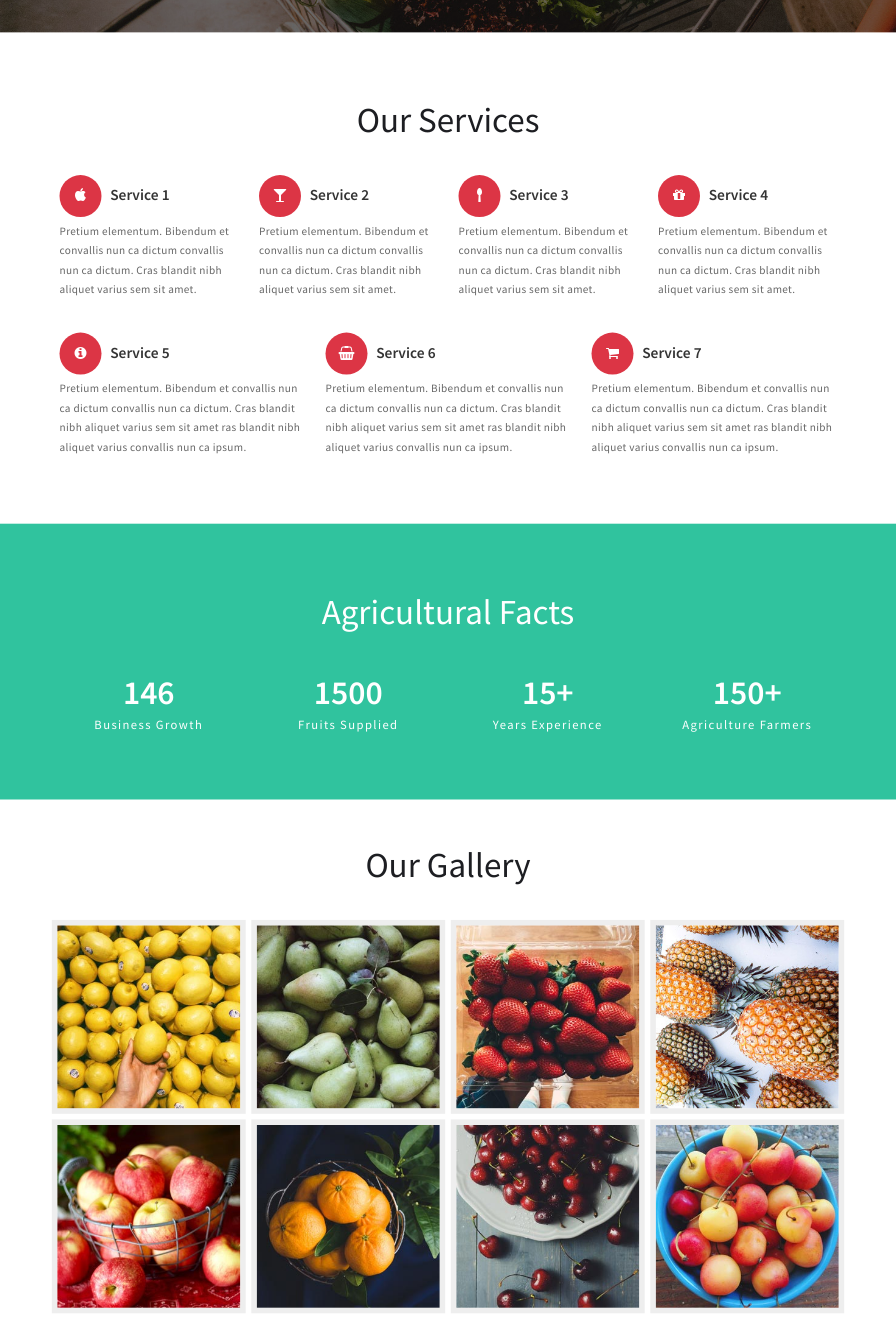
Repository: httpamit/SP-Food
Page: index.html
An editor plug-in stored every save of this project. The page is shown before and after the next save, followed by the edit.
The browser window is 1280 px wide. The pictures show the part of the page from y = 1773 to 3693 px (the page is 4946 px tall before and 5047 px after), at 70% of full size.
Backgrounds fixed to the window are drawn as part of the page.

Above is the page before, as saved 2019-02-07 22:53:40.

### index.html
<!DOCTYPE html>
<html lang="en">
<head>
<title>Fruit Farm Agriculture Category Flat Bootstrap Responsive Website Template | Home : W3layouts</title>

	<!-- Meta tag Keywords -->
	<meta name="viewport" content="width=device-width, initial-scale=1">
	<meta charset="utf-8">
	<meta name="keywords" content="Agriculture Responsive web template, Bootstrap Web Templates, Flat Web Templates, Android Compatible web template,
	Smartphone Compatible web template, free webdesigns for Nokia, Samsung, LG, SonyEricsson, Motorola web design" />
	<script type="application/x-javascript">
		addEventListener("load", function () {
			setTimeout(hideURLbar, 0);
		}, false);

		function hideURLbar() {
			window.scrollTo(0, 1);
		}
	</script>
	<!--// Meta tag Keywords -->

	<!-- css files -->
	<link rel="stylesheet" href="css/bootstrap.css"> <!-- Bootstrap-Core-CSS -->
	<link rel="stylesheet" href="css/style.css" type="text/css" media="all" /> <!-- Style-CSS -->
	<link rel="stylesheet" href="css/font-awesome.min.css"> <!-- Font-Awesome-Icons-CSS -->
	<!-- //css files -->

	<!--web font-->
	<link href="//fonts.googleapis.com/css?family=Source+Sans+Pro:200,200i,300,300i,400,400i,600,600i,700,700i,900,900i&amp;subset=cyrillic,cyrillic-ext,greek,greek-ext,latin-ext,vietnamese" rel="stylesheet">
	<!--//web font-->

</head>

<body>

<!-- header -->
<header>
	<div class="container" id="home">
		<nav class="">
			<div id="logo">
				<h1> <a href="index.html" class="editContent" data-selector=".editContent"><span class="fa fa-apple"></span> Fruit Farm</a></h1>
			</div>
			<div class="mx-auto">
				<label for="drop" class="toggle mt-lg-0 mt-3">Menu</label>
				<input type="checkbox" id="drop" />
				<ul class="menu mt-lg-4">
					<li class=" mr-lg-2 mr-1 active"><a href="#">Home</a></li>
					<li class=" mr-lg-2 mr-1"><a href="#about">About</a></li>
					<li class=" mr-lg-2 mr-1"><a href="#services">Services</a></li>
					<li class="dropdown-menu-padding">
					<!-- First Tier Drop Down -->
					<label for="drop-2" class="toggle">Dropdown <span class="fa fa-angle-down" aria-hidden="true"></span> </label>
					<a href="#">Dropdown <span class="fa fa-angle-down" aria-hidden="true"></span></a>
					<input type="checkbox" id="drop-2"/>
					<ul>
						<li><a href="#facts">Agriculture Facts</a></li>
						<li><a href="#gallery">Our Gallery</a></li>
						<li><a href="#team">Our Farmers</a></li>
					</ul>
					</li>
					<li><a href="#contact">Contact</a></li>
					<li class="buttons ml-lg-3">
						<p><span class="fa mr-1 fa-phone"></span> +12 445 8976 2334</p>
					</li>
				</ul>
			</div>
		</nav>
	</div>
</header>
<!-- //header -->

<div class="csslider infinity" id="slider1">
  <input type="radio" name="slides" checked="checked" id="slides_1"/>
  <input type="radio" name="slides" id="slides_2"/>
  <input type="radio" name="slides" id="slides_3"/>
  <input type="radio" name="slides" id="slides_4"/>
  <ul>
    <li>
		<div id="bg">
			<div class="container">
				<div class="banner-text">
				  <h6> Fresh Agriculture Products</h6>
				  <h3> We Serve Fresh and Juicy Fruits From Our Farm</h3>
				</div>
			</div>
		</div>
    </li>
    <li>
        <div id="bg1">
			<div class="container">
				<div class="banner-text">
				  <h6> Fresh Agriculture Products</h6>
				  <h3> We Serve Fresh and Juicy Fruits From Our Farm</h3>
				</div>
			</div>
        </div>
    </li>
    <li>
		<div id="bg2">
			<div class="container">
				<div class="banner-text">
				  <h6> Fresh Agriculture Products</h6>
				  <h3> We Serve Fresh and Juicy Fruits From Our Farm</h3>
				</div>
			</div>
        </div>
    </li>
    <li>
		<div id="bg3">
			<div class="container">
				<div class="banner-text">
				  <h6> Fresh Agriculture Products</h6>
				  <h3> We Serve Fresh and Juicy Fruits From Our Farm</h3>
				</div>
			</div>
		</div>
    </li>

  </ul>
  <div class="arrows">
    <label for="slides_1"></label>
    <label for="slides_2"></label>
    <label for="slides_3"></label>
    <label for="slides_4"></label>
  </div>
  <div class="navigation">
    <div>
      <label for="slides_1"></label>
      <label for="slides_2"></label>
      <label for="slides_3"></label>
      <label for="slides_4"></label>
    </div>
  </div>
</div>

<!-- //banner -->

<!-- about -->
<section class="about py-5" id="about">
	<div class="container py-md-3">
		<h3 class="heading text-center mb-md-5 mb-4">Few Words About our farm</h3>
		<div class="row about-grids agile-info">
			<div class="col-lg-6 mb-lg-0 w3-agile-grid mb-5">
				<h4 class="mb-4">Welcome to our Organic Fruit - we serve all types of seasonal fruits</h3>
				<p class="mb-4">Cras blandit nibh ut pretium elementum. Duis bibendum convallis nun cael dictum. Quisquen ac ipsum porta, ultrices metus sit amet, curs in nisl. Dui aliquet varius sem sit amet convallis nun ca dictum. Cras blandit nibh ut pretium elementum. Duis bibendum convallis nun ca dictum aliquet.</p>
				<p class="text-capitalize"> <span class="fa fa-check"></span> Duis bibendum convallis blandit dictum.</p>
				<p class=" text-capitalize"> <span class="fa fa-check"></span> Cras blandit nibh blandit pretium dolor ipsum.</p>
				<p class="text-capitalize mb-3"> <span class="fa fa-check"></span> Bibendum convallis nun ca dictum elementum ipsum elit.</p>
				<a href="#popup1">Read More </a>
			</div>
			<div class="col-lg-6 col-md-8 w3-agile-grid pr-md-0">
				<img src="images/about.jpg" class="img-fluid" />
			</div>
		</div>
	</div>
</section>
<!-- //about -->

<!-- how we work -->
<section class="work">
	<div class="work-layer py-5">
	<div class="container py-md-3">
		<h3 class="heading text-center mb-lg-5 text-white mb-4">How We Work</h3>
		<div class="row text-center join agile-info">
			<div class="col-lg-4 col-md-6 steps-reach w3-agile-grid">
				<span class="fa fa-cogs"></span>
				<h4>Step 1</h4>
				<p>Pretium elementum. Duis bibendum convallis nun ca dictum convallis nun ca dictum. Cras blandit nibh ut aliquet varius sem sit amet convallis.</p>
			</div>
			<div class="col-lg-4 col-md-6 mt-md-0 mt-5 steps-reach w3-agile-grid">
				<span class="fa fa-cubes"></span>
				<h4>Step 2</h4>
				<p>Pretium elementum. Duis bibendum convallis nun ca dictum convallis nun ca dictum. Cras blandit nibh ut aliquet varius sem sit amet convallis.</p>
			</div>
			<div class="col-lg-4 col-md-6 mt-lg-0 mt-5 steps-reach w3-agile-grid">
				<span class="fa fa-cart-arrow-down" aria-hidden="true"></span>
				<h4>Step 3</h4>
				<p>Pretium elementum. Duis bibendum convallis nun ca dictum convallis nun ca dictum. Cras blandit nibh ut aliquet varius sem sit amet convallis.</p>
			</div>
		</div>
	</div>
	</div>
</section>
<!-- //how we work -->

<!-- services -->
<section class="services py-5" id="services">
	<div class="container py-md-5">
		<h3 class="heading text-center mb-lg-5 mb-4">Our Services</h3>
		<div class="row">
			<div class="col-lg-3 col-sm-6 w3-agile-grid">
				<h4><span class="fa mr-2 fa-apple"></span> Service 1</h4>
				<p>Pretium elementum. Bibendum et convallis nun ca dictum convallis nun ca dictum. Cras blandit nibh aliquet varius sem sit amet.</p>
			</div>
			<div class="col-lg-3 col-sm-6 mt-sm-0 mt-5 w3-agile-grid">
				<h4><span class="fa mr-2 fa-glass"></span> Service 2</h4>
				<p>Pretium elementum. Bibendum et convallis nun ca dictum convallis nun ca dictum. Cras blandit nibh aliquet varius sem sit amet.</p>
			</div>
			<div class="col-lg-3 col-sm-6 mt-lg-0 mt-5 w3-agile-grid">
				<h4><span class="fa mr-2 fa-spoon" aria-hidden="true"></span> Service 3</h4>
				<p>Pretium elementum. Bibendum et convallis nun ca dictum convallis nun ca dictum. Cras blandit nibh aliquet varius sem sit amet.</p>
			</div>
			<div class="col-lg-3 col-sm-6 mt-lg-0 mt-5 w3-agile-grid">
				<h4><span class="fa mr-2 fa-gift" aria-hidden="true"></span> Service 4</h4>
				<p>Pretium elementum. Bibendum et convallis nun ca dictum convallis nun ca dictum. Cras blandit nibh aliquet varius sem sit amet.</p>
			</div>

			<div class="col-lg-4 col-sm-6  mt-5 w3-agile-grid">
				<h4><span class="fa mr-2 fa-info-circle"></span> Service 5</h4>
				<p>Pretium elementum. Bibendum et convallis nun ca dictum convallis nun ca dictum. Cras blandit nibh aliquet varius sem sit amet ras blandit nibh aliquet varius convallis nun ca ipsum.</p>
			</div>
			<div class="col-lg-4 col-sm-6 mt-5 w3-agile-grid">
				<h4><span class="fa mr-2 fa-shopping-basket" aria-hidden="true"></span> Service 6</h4>
				<p>Pretium elementum. Bibendum et convallis nun ca dictum convallis nun ca dictum. Cras blandit nibh aliquet varius sem sit amet ras blandit nibh aliquet varius convallis nun ca ipsum.</p>
			</div>
			<div class="col-lg-4 col-sm-6 mt-5 w3-agile-grid">
				<h4><span class="fa mr-2 fa-shopping-cart" aria-hidden="true"></span> Service 7</h4>
				<p>Pretium elementum. Bibendum et convallis nun ca dictum convallis nun ca dictum. Cras blandit nibh aliquet varius sem sit amet ras blandit nibh aliquet varius convallis nun ca ipsum.</p>
			</div>
		</div>
	</div>
	</div>
</section>
<!-- //how we work -->

<!-- facts -->
<section class="service-bottom bg py-5" id="facts">
	<div class="container">
		<!-- Counter -->
		<div class="py-lg-5 py-3">
			<h3 class="heading text-center text-white mb-lg-5 mb-4">Agricultural Facts</h3>
			<div class="row ">
				<div class="col-md-3 text-center col-6 agileits_w3layouts_about_counter_left w3-agile-grid">
					<div class="counterinfo agile-info">
						<p class="counter">146</p>
						<h3>Business Growth</h3>
					</div>
				</div>
				<div class="col-md-3 text-center col-6 agileits_w3layouts_about_counter_left w3-agile-grid">
					<div class="counterinfo agile-info">
						<p class="counter">1500</p>
						<h3>Fruits Supplied</h3>
					</div>
				</div>
				<div class="col-md-3 text-center col-6 agileits_w3layouts_about_counter_left w3-agile-grid mt-md-0 mt-4">
					<div class="counterinfo agile-info">
						<p class="counter">15+</p>
						<h3>Years Experience</h3>
					</div>
				</div>
				<div class="col-md-3 text-center col-6 agileits_w3layouts_about_counter_left w3-agile-grid mt-md-0 mt-4">
					<div class="counterinfo agile-info">
						<p class="counter">150+</p>
						<h3>Agriculture Farmers</h3>
					</div>
				</div>
			</div>
		</div>
		<!-- //Counter -->
	</div>
</section>
<!-- //facts -->

<!-- gallery -->
<section class="gallery py-5" id="gallery">
	<div class="container py-3">
		<h3 class="heading text-center mb-lg-5 mb-4">Our Gallery</h3>
		<div class="row gallery_grid-more project-grids w3ls">
			<div class="col-lg-3 col-md-4 col-6 px-1 w3layoutsits_w3layouts_gallery_grid1">
				<div class="gallery-border">
					<a href="#popup2">
						<img src="images/g1.jpg" alt=" " class="img-fluid" />
					</a>
				</div>
			</div>
			<div class="col-lg-3 col-md-4 col-6 px-1 w3layoutsits_w3layouts_gallery_grid1">
				<div class="gallery-border">
					<a href="#popup3">
						<img src="images/g2.jpg" alt=" " class="img-fluid" />
					</a>
				</div>
			</div>
			<div class="col-lg-3 col-md-4 col-6 px-1 w3layoutsits_w3layouts_gallery_grid1 mt-md-0 mt-2">
				<div class="gallery-border">
					<a href="#popup4">
						<img src="images/g3.jpg" alt=" " class="img-fluid" />
					</a>
				</div>
			</div>
			<div class="col-lg-3 col-md-4 col-6 px-1 w3layoutsits_w3layouts_gallery_grid1 mt-lg-0 mt-2">
				<div class="gallery-border">
					<a href="#popup5">
						<img src="images/g4.jpg" alt=" " class="img-fluid" />
					</a>
				</div>
			</div>
			<div class="col-lg-3 col-md-4 col-6 px-1 w3layoutsits_w3layouts_gallery_grid1 mt-2 ">
				<div class="gallery-border">
					<a href="#popup6">
						<img src="images/g5.jpg" alt=" " class="img-fluid" />
					</a>
				</div>
			</div>
			<div class="col-lg-3 col-md-4 col-6 px-1 w3layoutsits_w3layouts_gallery_grid1 mt-2">
				<div class="gallery-border">
					<a href="#popup7">
						<img src="images/g6.jpg" alt=" " class="img-fluid" />
					</a>
				</div>
			</div>
			<div class="col-lg-3 col-md-4 col-6 px-1 w3layoutsits_w3layouts_gallery_grid1 mt-2">
				<div class="gallery-border">
					<a href="#popup8">
						<img src="images/g7.jpg" alt=" " class="img-fluid" />
					</a>
				</div>
			</div>
			<div class="col-lg-3 col-md-4 col-6 px-1 w3layoutsits_w3layouts_gallery_grid1 mt-2">
				<div class="gallery-border">
					<a href="#popup9">
						<img src="images/g8.jpg" alt=" " class="img-fluid" />
					</a>
				</div>
			</div>
		</div>
	</section>

<!-- popup for gallery -->
<div id="popup2" class="overlay">
	<div class="popup1">
		<img src="images/g1.jpg" alt="Popup Image" class="img-fluid" />
	<a class="close" href="#gallery">&times;</a>
	</div>
</div>

<div id="popup3" class="overlay">
	<div class="popup1">
		<img src="images/g2.jpg" alt="Popup Image" class="img-fluid" />
	<a class="close" href="#gallery">&times;</a>
	</div>
</div>

<div id="popup4" class="overlay">
	<div class="popup1">
		<img src="images/g3.jpg" alt="Popup Image" class="img-fluid" />
	<a class="close" href="#gallery">&times;</a>
	</div>
</div>

<div id="popup5" class="overlay">
	<div class="popup1">
		<img src="images/g4.jpg" alt="Popup Image" class="img-fluid" />
	<a class="close" href="#gallery">&times;</a>
	</div>
</div>

<div id="popup6" class="overlay">
	<div class="popup1">
		<img src="images/g5.jpg" alt="Popup Image" class="img-fluid" />
	<a class="close" href="#gallery">&times;</a>
	</div>
</div>

<div id="popup7" class="overlay">
	<div class="popup1">
		<img src="images/g6.jpg" alt="Popup Image" class="img-fluid" />
	<a class="close" href="#gallery">&times;</a>
	</div>
</div>
<div id="popup8" class="overlay">
	<div class="popup1">
		<img src="images/g7.jpg" alt="Popup Image" class="img-fluid" />
	<a class="close" href="#gallery">&times;</a>
	</div>
</div>
<div id="popup9" class="overlay">
	<div class="popup1">
		<img src="images/g8.jpg" alt="Popup Image" class="img-fluid" />
	<a class="close" href="#gallery">&times;</a>
	</div>
</div>
<!-- //popup for gallery -->

</div>
<!-- //gallery -->

<!-- team -->
<section class="team bg-light py-5" id="team">
	<div class="container py-md-3">
		<h3 class="heading text-center mb-lg-5 mb-4">Our Farmers</h3>
		<div class="row team-grids">
			<div class="col-lg-3 col-sm-6 mb-lg-0 mb-4 team-grid w3-agile-grid">
				<div class="team-members">
					<img src="images/t1.jpg" class="img-fluid" alt="image">
					<div class="team-desc py-3 text-center agile-info">
						<h4 class="">John Doe</h4>
						<span>Our Farmer</span>
						<ul class="social">
							<li><a href="#"><span class="fa fa-facebook icon_facebook"></span></a></li>
							<li><a href="#"><span class="fa fa-twitter icon_twitter"></span></a></li>
							<li><a href="#"><span class="fa fa-dribbble icon_dribbble"></span></a></li>
							<li><a href="#"><span class="fa fa-google-plus icon_g_plus"></span></a></li>
						</ul>
					</div>
				</div>
			</div>
			<div class="col-lg-3 col-sm-6 mb-lg-0 mb-4 team-grid w3-agile-grid">
				<div class="team-members">
					<img src="images/t2.jpg" class="img-fluid" alt="image">
					<div class="team-desc py-3 text-center agile-info">
						<h4 class="">Melisa Doe</h4>
						<span>Our Farmer</span>
						<ul class="social">
							<li><a href="#"><span class="fa fa-facebook icon_facebook"></span></a></li>
							<li><a href="#"><span class="fa fa-twitter icon_twitter"></span></a></li>
							<li><a href="#"><span class="fa fa-dribbble icon_dribbble"></span></a></li>
							<li><a href="#"><span class="fa fa-google-plus icon_g_plus"></span></a></li>
						</ul>
					</div>
				</div>
			</div>
			<div class="col-lg-3 col-sm-6 mb-sm-0 mb-4 team-grid w3-agile-grid">
				<div class="team-members">
					<img src="images/t3.jpg" class="img-fluid" alt="image">
					<div class="team-desc py-3 text-center agile-info">
						<h4 class="">Alex Atkinson</h4>
						<span>Our Farmer</span>
						<ul class="social">
							<li><a href="#"><span class="fa fa-facebook icon_facebook"></span></a></li>
							<li><a href="#"><span class="fa fa-twitter icon_twitter"></span></a></li>
							<li><a href="#"><span class="fa fa-dribbble icon_dribbble"></span></a></li>
							<li><a href="#"><span class="fa fa-google-plus icon_g_plus"></span></a></li>
						</ul>
					</div>
				</div>
			</div>
			<div class="col-lg-3 col-sm-6 team-grid w3-agile-grid">
				<div class="team-members">
					<img src="images/t4.jpg" class="img-fluid" alt="image">
					<div class="team-desc py-3 text-center agile-info">
						<h4 class="">Thompson</h4>
						<span>Our Farmer</span>
						<ul class="social">
							<li><a href="#"><span class="fa fa-facebook icon_facebook"></span></a></li>
							<li><a href="#"><span class="fa fa-twitter icon_twitter"></span></a></li>
							<li><a href="#"><span class="fa fa-dribbble icon_dribbble"></span></a></li>
							<li><a href="#"><span class="fa fa-google-plus icon_g_plus"></span></a></li>
						</ul>
					</div>
				</div>
			</div>
		</div>
	</div>
</section>
<!-- //team -->

<!-- footer -->
<footer class="py-5" id="contact">
	<div class="container pt-md-3">
		<div class="row ">
		<div class="col-lg-4 col-md-6">
            <h3 class="mb-4">Address Info</h3>
			<div class="footer-text">
				<p>Address : 1234 block, Charlotte, North Carolina, United States, USA.</p>
				<p class="mt-1">Phone : +12 534894364</p>
				<p class="mt-1">Phone : +12 534894364</p>
				<p class="my-1">Email : <a href="mailto:info@example.com">info@example.com</a></p>
				<p>Fax : +12 534894364</p>
			</div>
		</div>
		<div class="col-lg-3 col-md-6 mt-md-0 mt-5">
            <h3 class="mb-4">Opening Hours</h3>
			<div class="timings">
				<p class="mb-2">Mon To Fri<span> 9am to 8pm </span></p>
				<p class="">Sat and Sun<span> 10am to 6pm </span></p>
			</div>
            <h3 class="mt-4">Connect Us</h3>
			<p class="mt-3">Follow us on social media.</p>
			<ul class="social mt-2">
				<li><a href="#"><span class="fa fa-facebook icon_facebook"></span></a></li>
				<li><a href="#"><span class="fa fa-twitter icon_twitter"></span></a></li>
				<li><a href="#"><span class="fa fa-dribbble icon_dribbble"></span></a></li>
				<li><a href="#"><span class="fa fa-google-plus icon_g_plus"></span></a></li>
			</ul>
		</div>
		<div class="col-lg-5 mt-lg-0 mt-5">
			<h3 class="mb-4 ml-md-5"> Contact Us</h3>
			<form action="#" method="get" class="register-wthree">
				<div class="form-group">
					<div class="row">
						<div class="col-sm-2 d-sm-flex align-items-end justify-content-end px-sm-0">
							<label class="mb-0">
								<span class="fa fa-user"></span>
							</label>
						</div>
						<div class="col-sm-5 pr-sm-1">
							<input class="form-control" type="text" placeholder="First Name" name="email" required="">
						</div>
						<div class="col-sm-5 pl-sm-1 pl-auto mt-sm-0 mt-2">
							<input class="form-control" type="text" placeholder="Last Name" name="email" required="">
						</div>
					</div>
				</div>
				<div class="form-group">
					<div class="row">
						<div class="col-sm-2 d-sm-flex align-items-end justify-content-end px-sm-0">
							<label class="mb-0">
								<span class="fa fa-envelope-open"></span>
							</label>
						</div>
						<div class="col-sm-10">
							<input class="form-control" type="email" placeholder="example@mail.com" name="email" required="">
						</div>
					</div>
				</div>
				<div class="form-group">
					<div class="row">
						<div class="col-sm-2 d-sm-flex align-items-end justify-content-end px-sm-0">
							<label class="mb-0">
								<span class="fa fa-edit"></span>
							</label>
						</div>
						<div class="col-sm-10">
							<textarea placeholder="Your message here" class="form-control"></textarea>
						</div>
					</div>
				</div>
				<div class="row mt-3">
					<div class="offset-2"></div>
					<div class="col-sm-10">
						<button type="submit" class="btn btn-block w-100">Send</button>
					</div>
				</div>
			</form>
		</div>
	</div>
	<div class="copyright pt-sm-5 pt-4 text-center">
		<a href="#home" class="move-top scroll"><span class="fa fa-angle-up" aria-hidden="true"></span></a>
		<p>© 2018 Fruit Farm. All Rights Reserved | Design by</p>
	</div>
</footer>
<!-- footer -->

<!-- popup for btn -->
<div id="popup1" class="overlay">
	<div class="popup">
		<img src="images/about.jpg" alt="Popup Image" class="img-fluid" />
		<p class="mt-4 editContent">Nulla viverra pharetra se, eget pulvinar neque pharetra ac int. placerat placerat dolor. Vestibulum at dui nunc. Nulla viverra pharetra sem, eget pulvinar neque pharetra ac int. lorem ipsum Vestibulum. placerat placerat dolor. Vestibulum at dui nunc. Nullam eu elit neque lectus.</p>
	<a class="close" href="#about">&times;</a>
	</div>
</div>
<!-- //popup for btn -->

</body>
</html>

Loaded but not shown: css/bootstrap.css (library); css/font-awesome.min.css (library); css/style.css (1488 lines, source omitted)

After the next save:
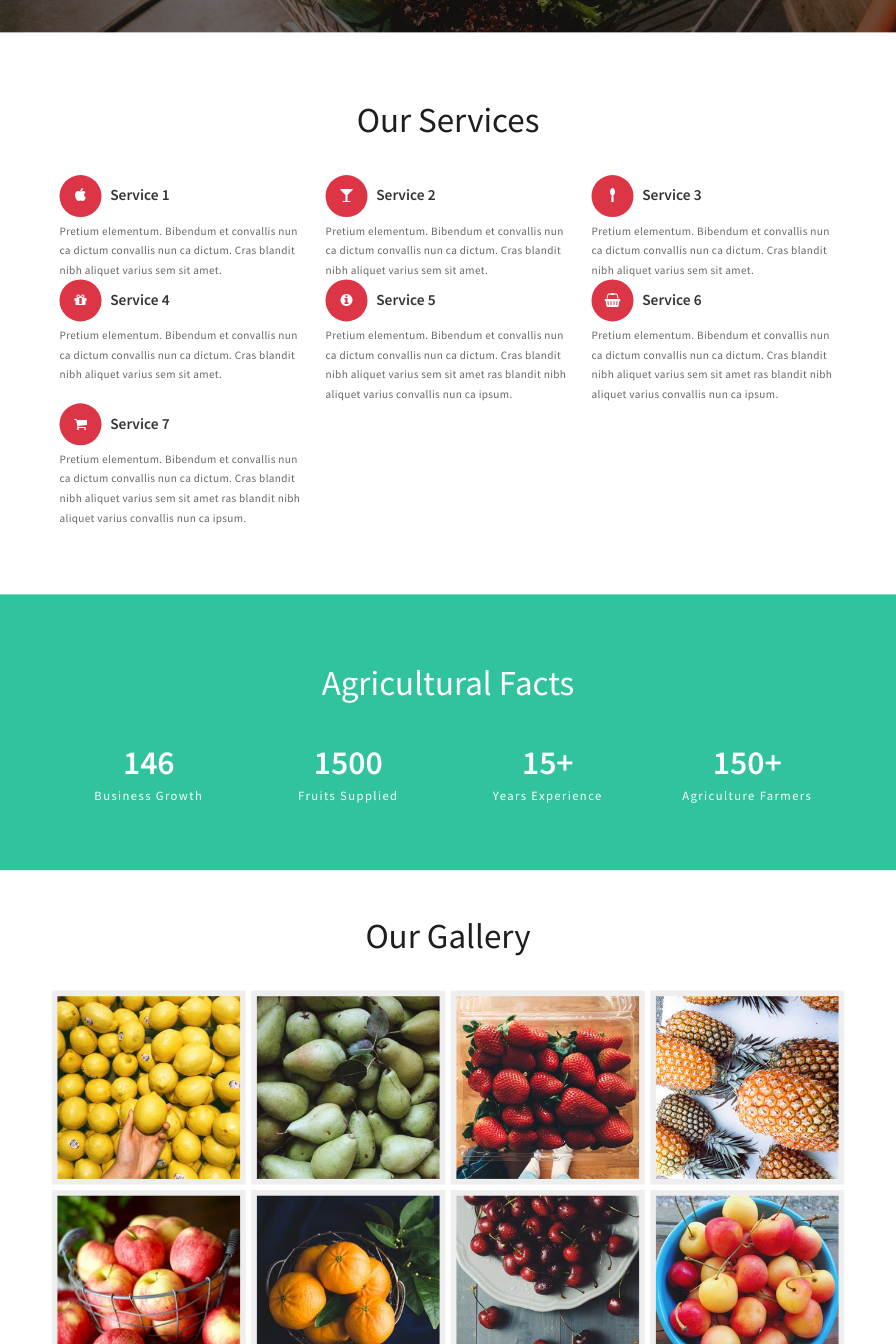
Saved 112 s later.
--- a/index.html
+++ b/index.html
@@ -188,32 +188,32 @@
 	<div class="container py-md-5">
 		<h3 class="heading text-center mb-lg-5 mb-4">Our Services</h3>
 		<div class="row">
-			<div class="col-lg-3 col-sm-6 w3-agile-grid">
+			<div class="col-lg-4">
 				<h4><span class="fa mr-2 fa-apple"></span> Service 1</h4>
 				<p>Pretium elementum. Bibendum et convallis nun ca dictum convallis nun ca dictum. Cras blandit nibh aliquet varius sem sit amet.</p>
 			</div>
-			<div class="col-lg-3 col-sm-6 mt-sm-0 mt-5 w3-agile-grid">
+			<div class="col-lg-4">
 				<h4><span class="fa mr-2 fa-glass"></span> Service 2</h4>
 				<p>Pretium elementum. Bibendum et convallis nun ca dictum convallis nun ca dictum. Cras blandit nibh aliquet varius sem sit amet.</p>
 			</div>
-			<div class="col-lg-3 col-sm-6 mt-lg-0 mt-5 w3-agile-grid">
+			<div class="col-lg-4">
 				<h4><span class="fa mr-2 fa-spoon" aria-hidden="true"></span> Service 3</h4>
 				<p>Pretium elementum. Bibendum et convallis nun ca dictum convallis nun ca dictum. Cras blandit nibh aliquet varius sem sit amet.</p>
 			</div>
-			<div class="col-lg-3 col-sm-6 mt-lg-0 mt-5 w3-agile-grid">
+			<div class="col-lg-4">
 				<h4><span class="fa mr-2 fa-gift" aria-hidden="true"></span> Service 4</h4>
 				<p>Pretium elementum. Bibendum et convallis nun ca dictum convallis nun ca dictum. Cras blandit nibh aliquet varius sem sit amet.</p>
 			</div>
 
-			<div class="col-lg-4 col-sm-6  mt-5 w3-agile-grid">
+			<div class="col-lg-4">
 				<h4><span class="fa mr-2 fa-info-circle"></span> Service 5</h4>
 				<p>Pretium elementum. Bibendum et convallis nun ca dictum convallis nun ca dictum. Cras blandit nibh aliquet varius sem sit amet ras blandit nibh aliquet varius convallis nun ca ipsum.</p>
 			</div>
-			<div class="col-lg-4 col-sm-6 mt-5 w3-agile-grid">
+			<div class="col-lg-4">
 				<h4><span class="fa mr-2 fa-shopping-basket" aria-hidden="true"></span> Service 6</h4>
 				<p>Pretium elementum. Bibendum et convallis nun ca dictum convallis nun ca dictum. Cras blandit nibh aliquet varius sem sit amet ras blandit nibh aliquet varius convallis nun ca ipsum.</p>
 			</div>
-			<div class="col-lg-4 col-sm-6 mt-5 w3-agile-grid">
+			<div class="col-lg-4">
 				<h4><span class="fa mr-2 fa-shopping-cart" aria-hidden="true"></span> Service 7</h4>
 				<p>Pretium elementum. Bibendum et convallis nun ca dictum convallis nun ca dictum. Cras blandit nibh aliquet varius sem sit amet ras blandit nibh aliquet varius convallis nun ca ipsum.</p>
 			</div>
